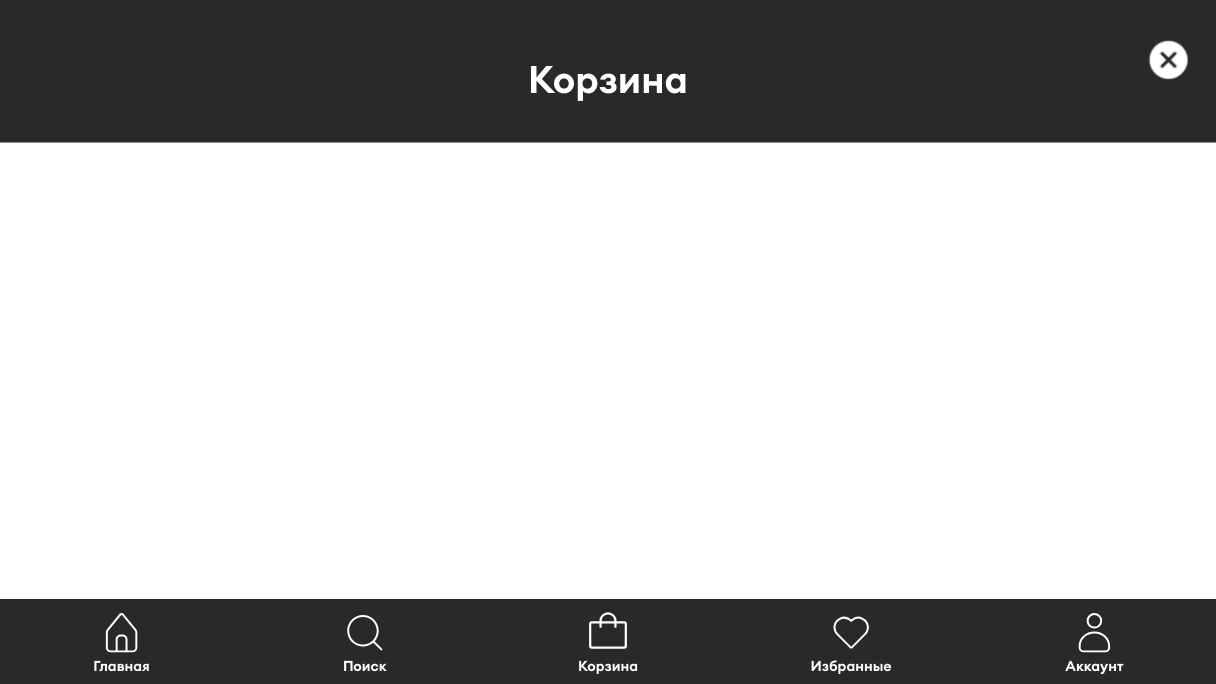
Repository: muslmoney/click-miniapp
Page: /cart
The author's editor kept a copy of each file at every save. The page is drawn from the files as they stood at one save, then again after a run of saves.
The browser window is 1280 px wide. The pictures show the whole page, at 95% of full size.
The project was rebuilt for these pictures with package versions that can differ from the ones it lists, and the page was loaded fresh each time. Also part of the build but not shown: vite.config.js, src/components/ProductCard/productCard.module.css, src/components/ProductCard/ProductCard.jsx.

Above is the page before, as saved 2025-02-02 00:53:54.

After the next 2 saves:
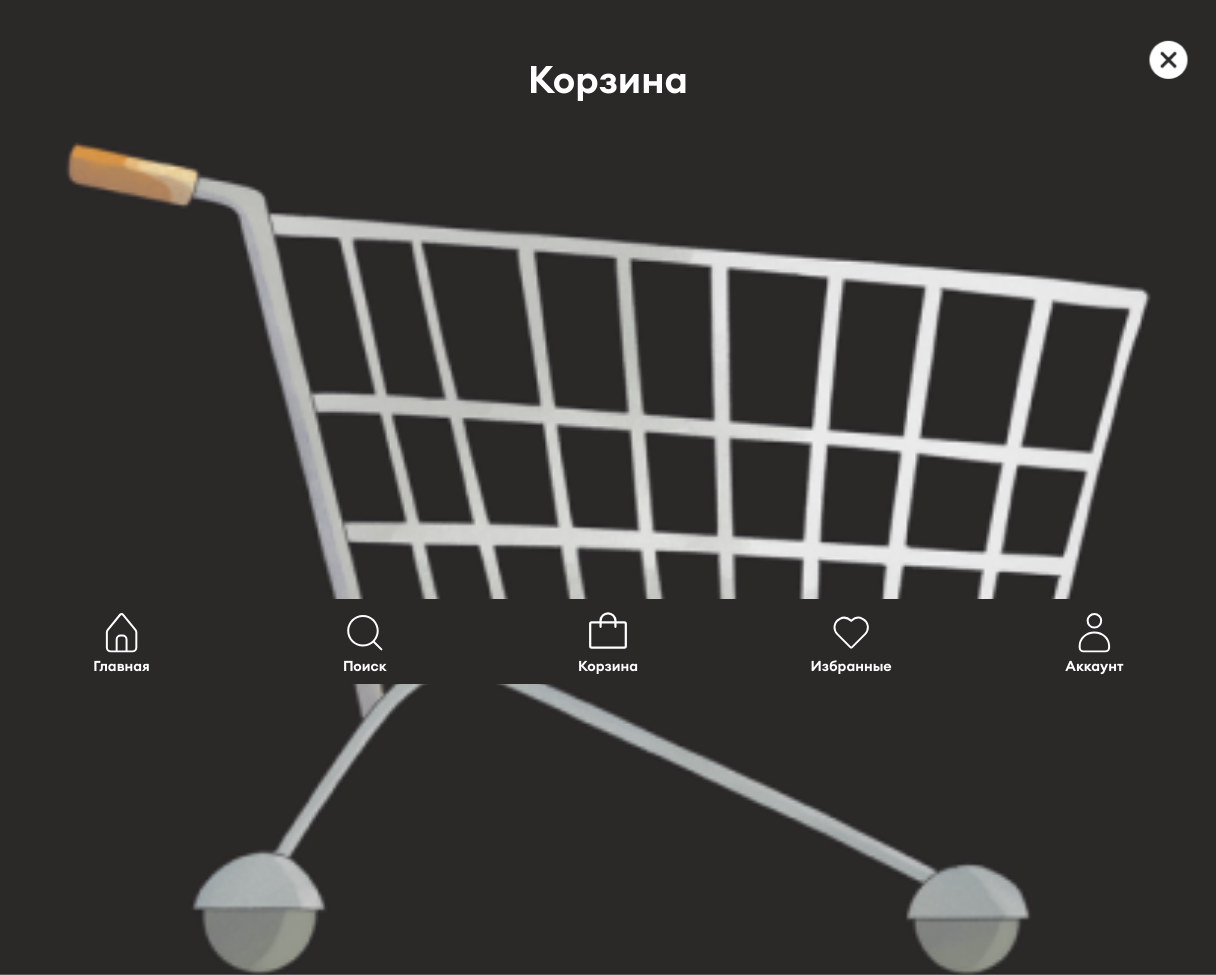
The 2 saves are shown as one change because they came seconds apart.
The last was saved 18 s later.
--- a/src/pages/Cart/Cart.jsx
+++ b/src/pages/Cart/Cart.jsx
@@ -11,7 +11,7 @@ const Cart = () => {
 
       <div className={styles.cartItems}>
         {cart.length === 0 ? (
-<img src="/" alt="" />
+<img src="/shoppingCart.png" alt="" />
 ) : (
           cart.map((product) => (
             <InCart
